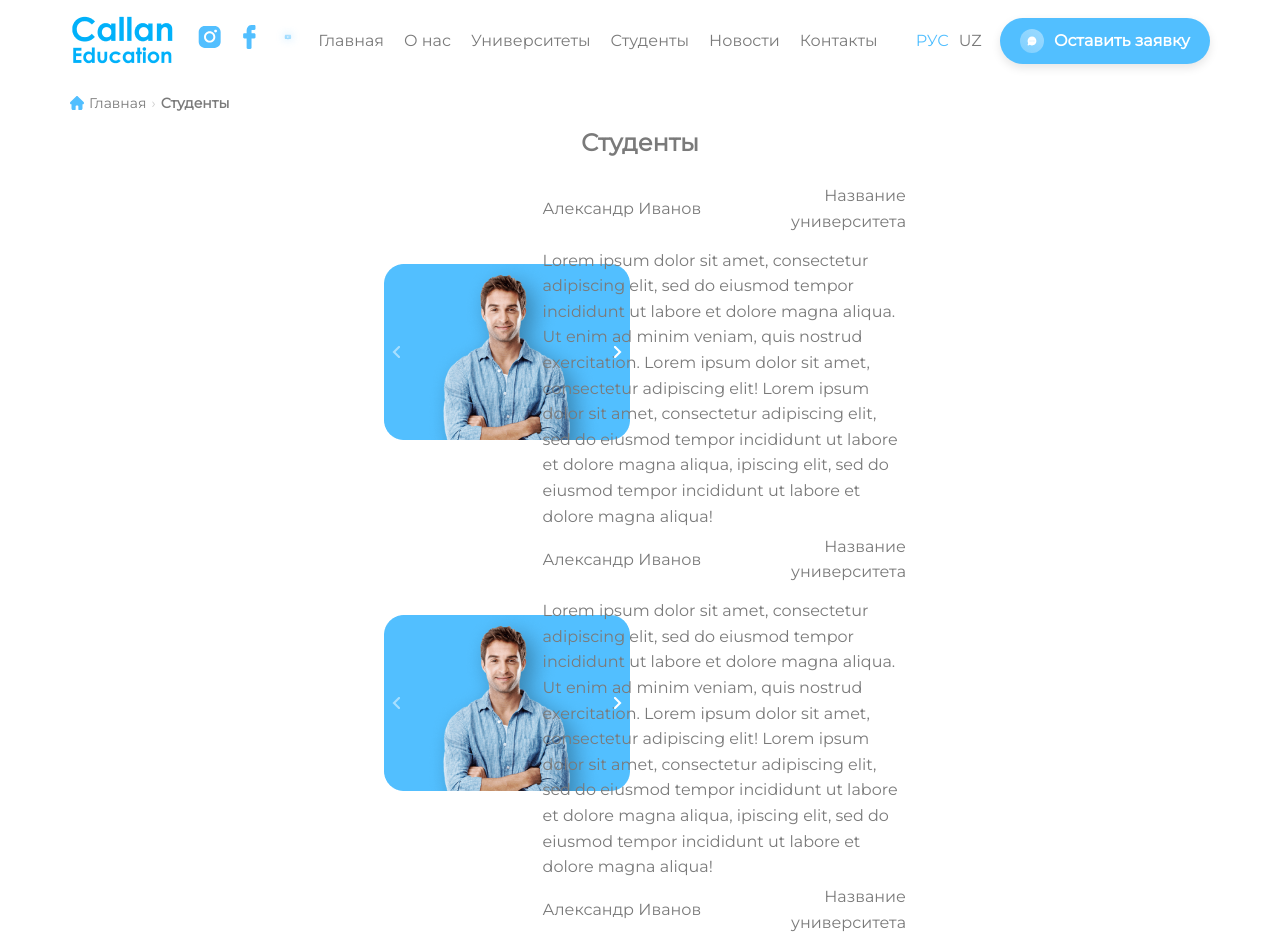
Repository: olyakorzh/Team-project-1
Page: assets/pages/students.html
An editor plug-in stored every save of this project. The page is shown before and after a run of saves, followed by the edit.
The browser window is 1280 px wide. The pictures show the part of the page from y = 0 to 952 px (the page is 2682 px tall).
A picture or video elsewhere on the page could not be fetched, so the positions and the page height are approximate.

Above is the page before, as saved 2024-12-08 11:37:37.

After the next 2 saves:
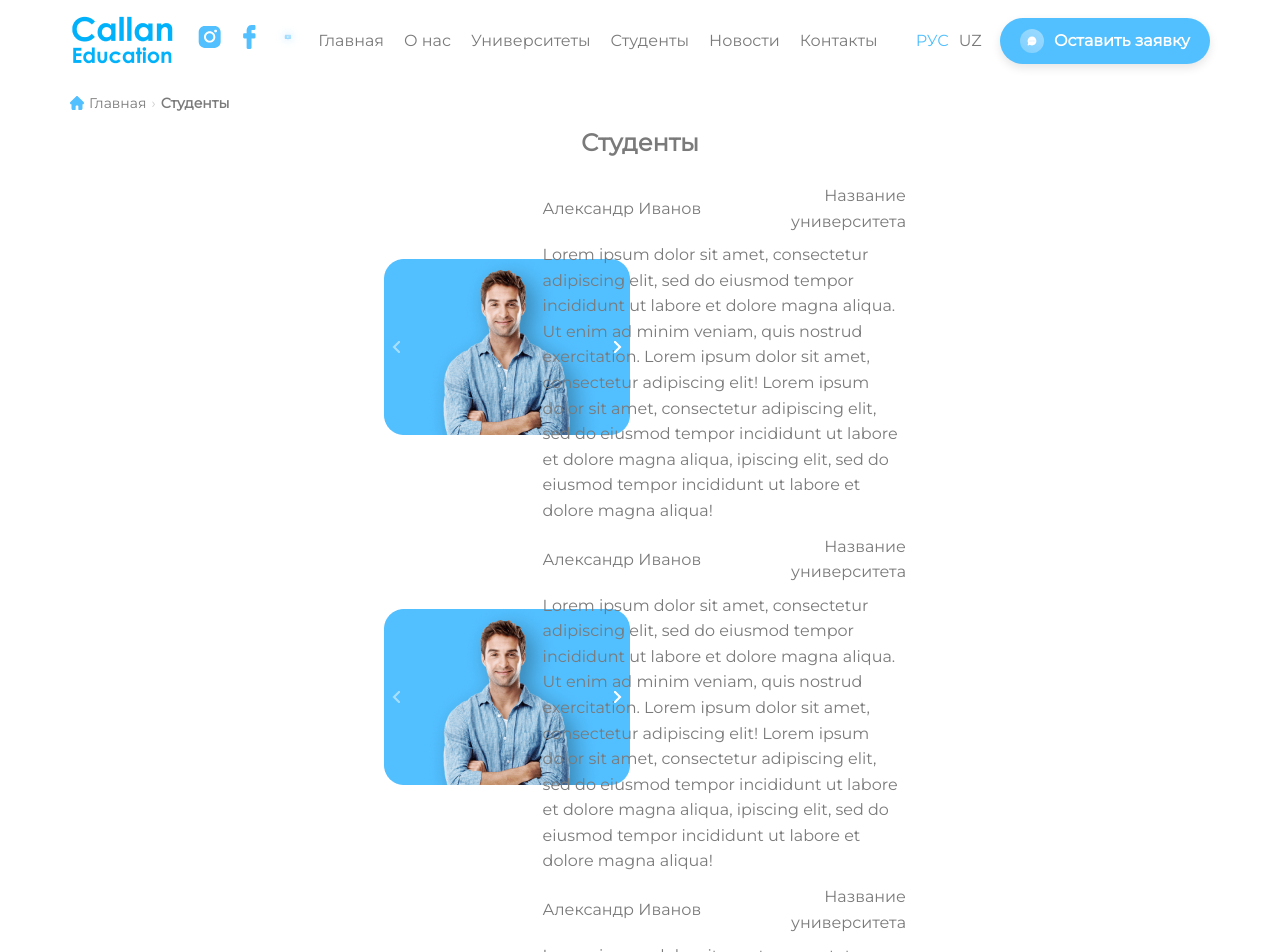
The 2 saves are shown as one change because they came seconds apart.
The last was saved 9 s later.
--- a/assets/styles/students.css
+++ b/assets/styles/students.css
@@ -192,7 +192,7 @@
   .containerstudent{
     display: grid;
     grid-template-columns: 30% 35% 35%;
-    grid-template-rows: 20% 1fr;
+    grid-template-rows: 20% 80%;
     gap: 5px 5px;
     align-items: center;
     width: 40%;
